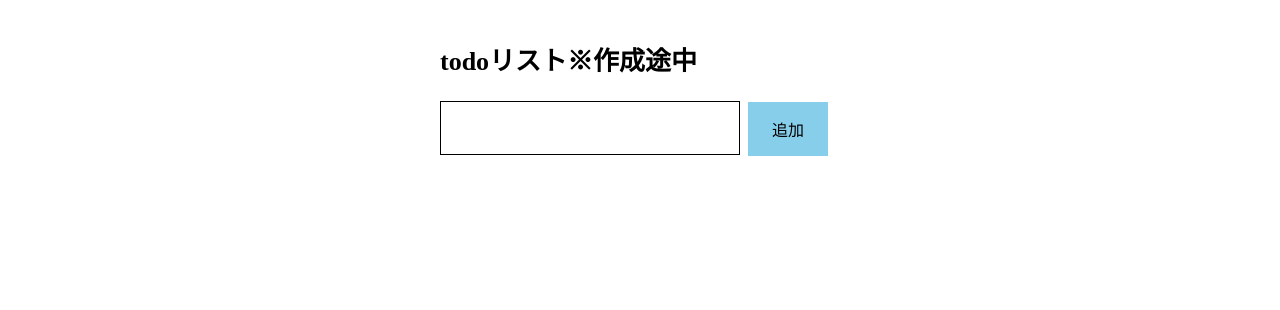
Repository: FujieRyou/react_practice
Page: /
These files come from the project's save history. The page is drawn as it stood at one moment and after the next save; the edit follows.
The browser window is 1280 px wide. The pictures show the whole page.
The project was rebuilt for these pictures with package versions that can differ from the ones it lists, and the page was loaded fresh each time. Also part of the build but not shown: vite.config.js, src/components/testComponent.jsx, src/components/switchFlag.jsx, src/components/props1.jsx, src/components/profile.jsx, src/components/ivent.jsx, src/components/inputInterlocking.jsx, src/components/numArray.jsx.

Above is the page before, as saved 2023-01-19 12:16:24.

After the next save:
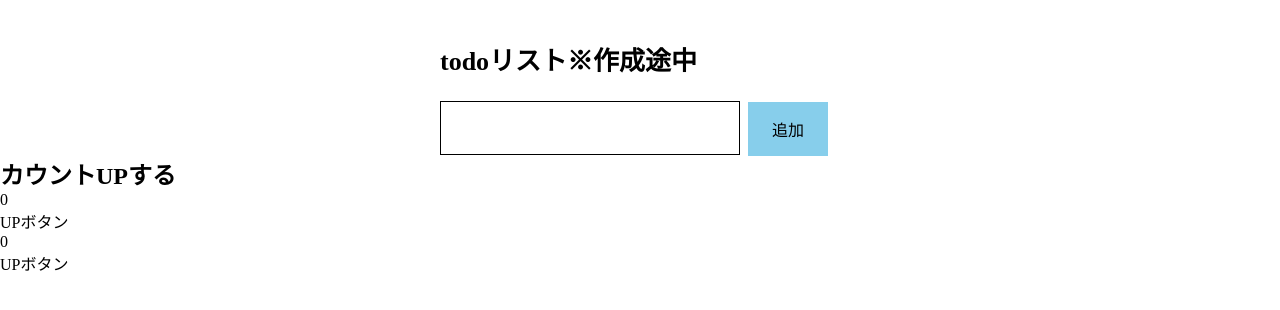
Saved 50 s later.
--- a/src/App.jsx
+++ b/src/App.jsx
@@ -27,7 +27,7 @@
       <Todolist />
 
       {/* 押すたびにcountがupする(useState練習) */}
-      {/* < CountUp /> */}
+      < CountUp />
 
       {/* 押すたびにON,OFFがきりかわる(useState練習) */}
       {/* <SwitchFlag /> */}

After the save that followed:
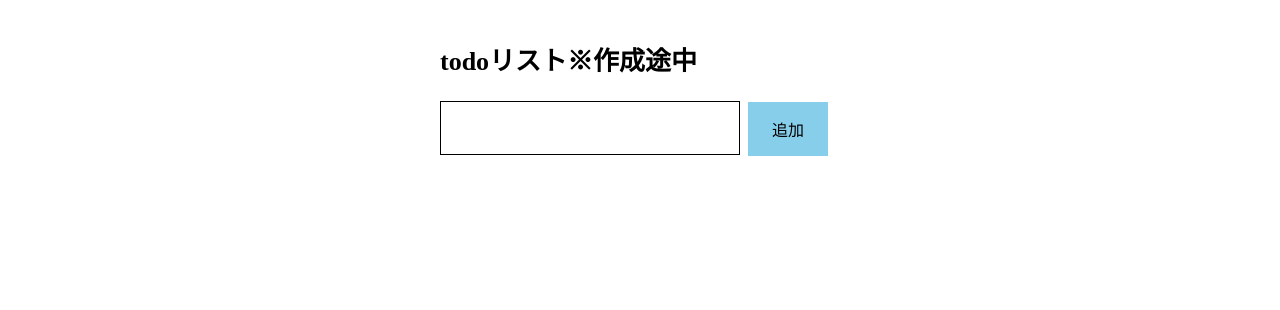
Saved 7 s later.
--- a/src/App.jsx
+++ b/src/App.jsx
@@ -27,7 +27,7 @@
       <Todolist />
 
       {/* 押すたびにcountがupする(useState練習) */}
-      < CountUp />
+      {/* < CountUp /> */}
 
       {/* 押すたびにON,OFFがきりかわる(useState練習) */}
       {/* <SwitchFlag /> */}
